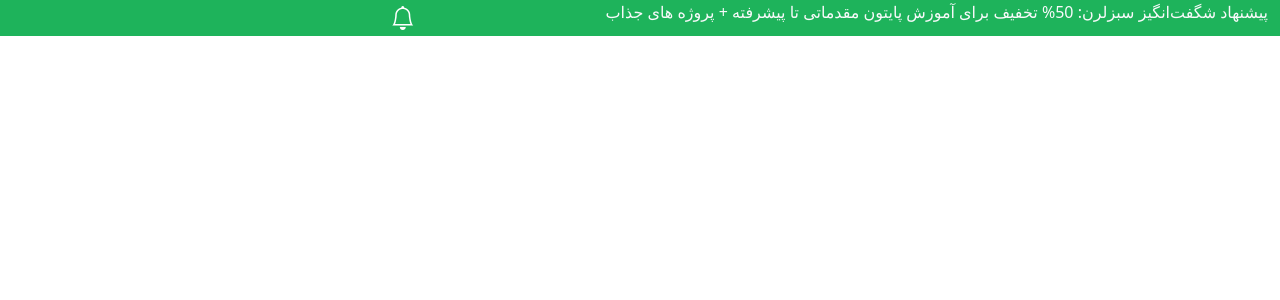
Repository: mobina-mirzaei/final-project-mirzaei
Page: index.html
These files come from the project's save history. The page is drawn as it stood at one moment and after the next save; the edit follows.
The browser window is 1280 px wide. The pictures show the whole page.
The style sheet was rebuilt from its Sass, Less or Tailwind sources for each picture, by a compiler version that may differ from the author's.

Above is the page before, as saved 2025-06-05 21:04:39.

After the next save:
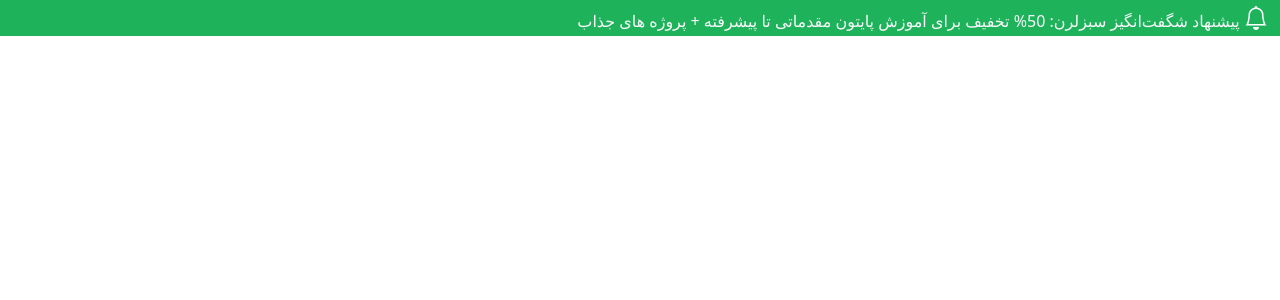
Saved 37 s later.
--- a/index.html
+++ b/index.html
@@ -19,14 +19,14 @@
     <div class="container-fluid">
       <div class="row d-flex justify-content-between aling-items-center pre-nav">
         <div class="col-lg-8">
-          <span class="text-light">
-            پیشنهاد شگفت‌انگیز سبزلرن: 50% تخفیف برای آموزش پایتون مقدماتی تا
-            پیشرفته + پروژه های جذاب
-          </span>
-
+            <i class="bi bi-bell" style="color: white; font-size: 24px;"></i>
+            <span class="text-light">
+                پیشنهاد شگفت‌انگیز سبزلرن: 50% تخفیف برای آموزش پایتون مقدماتی تا
+                پیشرفته + پروژه های جذاب
+            </span>
         </div>
         <div class="col-lg-4">
-            <i class="bi bi-bell" style="color: white; font-size: 24px;"></i>
+
         </div>
       </div>
     </div>
